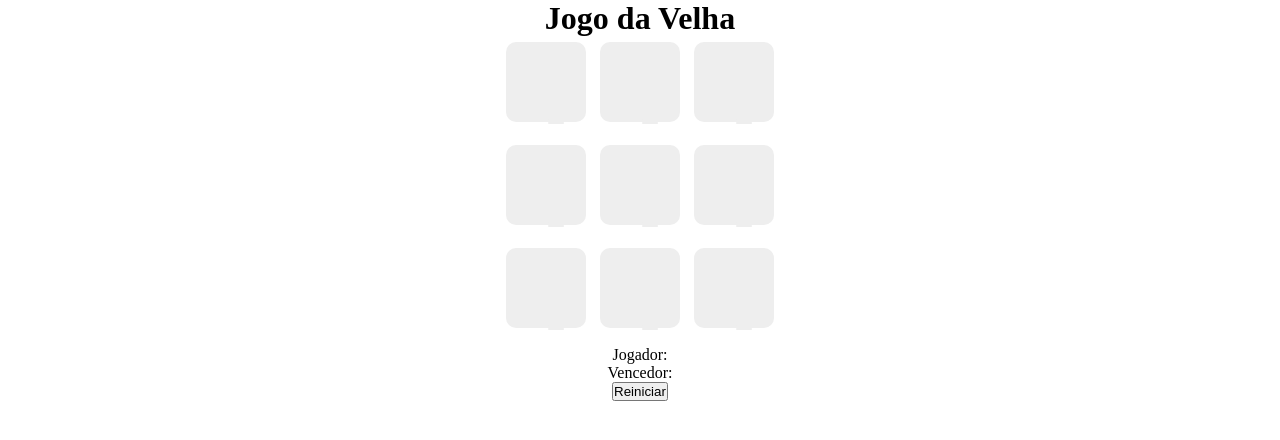
Repository: guilhermecardoso93/jogodavelha
Page: index.html
These files come from the project's save history. The page is drawn as it stood at one moment and after the next save; the edit follows.
The browser window is 1280 px wide. The pictures show the whole page.

Above is the page before, as saved 2023-05-31 21:38:32.

### index.html
<!DOCTYPE html>
<html lang="pt-BR">
  <head>
    <meta charset="UTF-8">
    <meta http-equiv="X-UA-Compatible" content="IE=edge">
    <meta name="viewport" content="width=device-width, initial-scale=1.0">
    <link rel="stylesheet" href="styles.css">
    <title>Jogo da Velha</title>
  </head>
  <body>
    <main>
      <h1>Jogo da Velha</h1>
      <div>
        <div id="1" class="squad">-</div>
        <div id="2" class="squad">-</div>
        <div id="3" class="squad">-</div>
      </div>
      <div>
        <div id="4" class="squad">-</div>
        <div id="5" class="squad">-</div>
        <div id="6" class="squad">-</div>
      </div>
      <div>
        <div id="7" class="squad">-</div>
        <div id="8" class="squad">-</div>
        <div id="9" class="squad">-</div>
      </div>
      <div>
        <label>Jogador:</label>
        <label id="player"></label>
      </div>
      <div>
        <label>Vencedor:</label>
        <label id="winner"></label>
      </div>
      <div>
        <button type="button" id="reiniciarButton">Reiniciar</button>
      </div>
    </main>

  </body>
</html>

### styles.css
* {
  margin: 0;
  padding: 0;
  box-sizing: border-box;
}

body {
  text-align: center;
}

.squad {
  display: inline-block;
  padding: 40px;
  margin: 5px;
  width: 50px;
  height: 50px;

  text-align: center;
  color: #eee;
   font-size: 60px;
  background-color: #eee;
  cursor: pointer;
  border-radius: 10px;
}

After the next save:
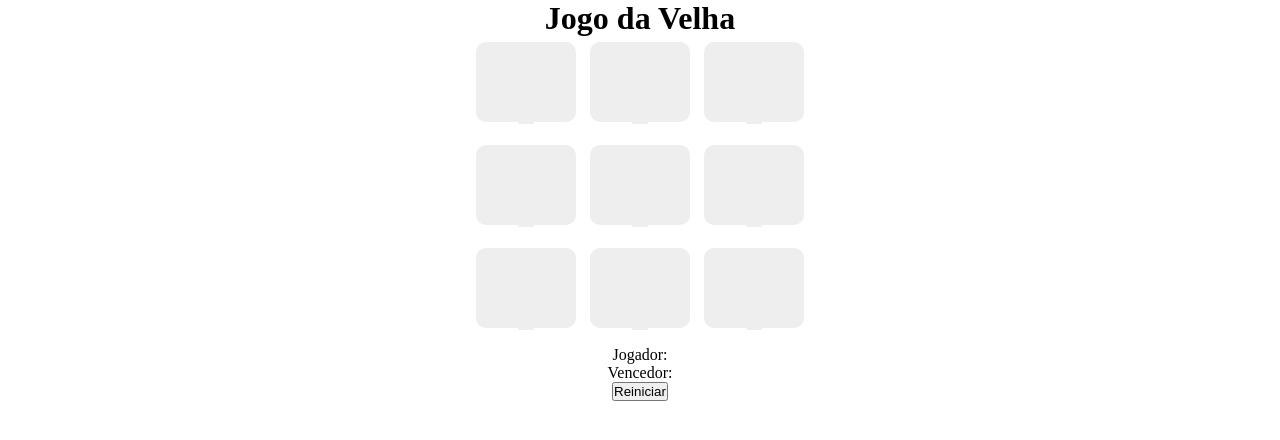
Saved 6 s later.
--- a/styles.css
+++ b/styles.css
@@ -12,7 +12,7 @@ body {
   display: inline-block;
   padding: 40px;
   margin: 5px;
-  width: 50px;
+  width: 100px;
   height: 50px;
 
   text-align: center;
